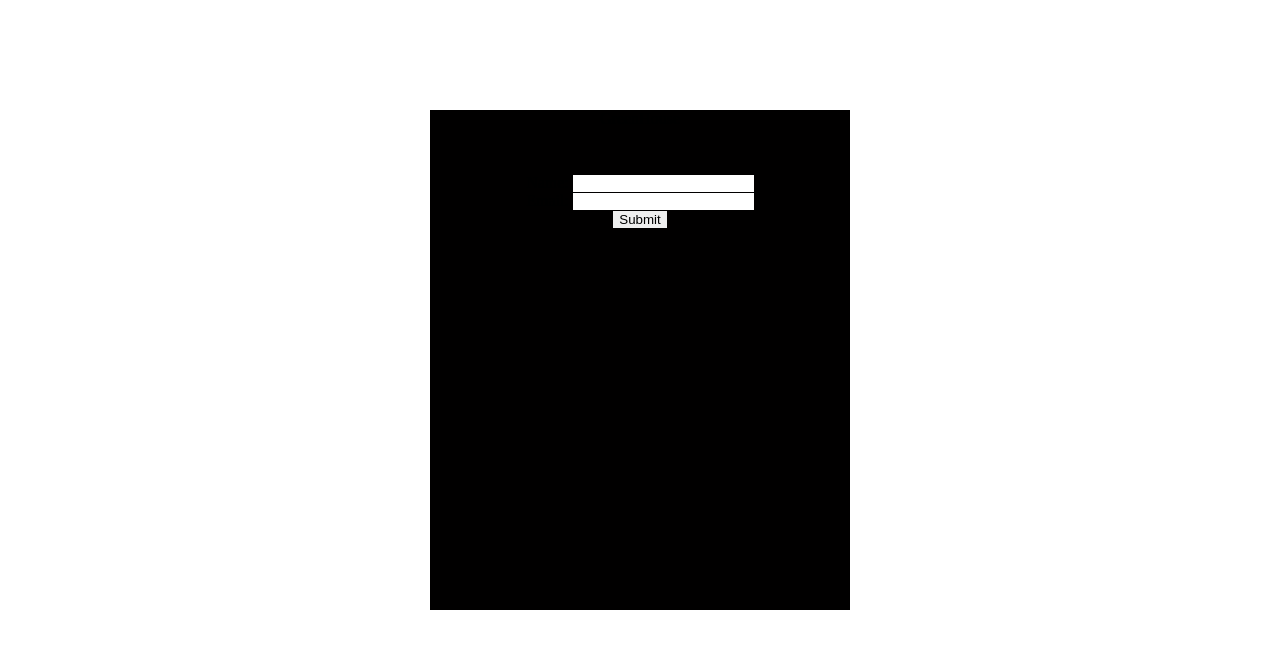
Repository: idan226688/WorkTrack
Page: index.html
The author's editor kept a copy of each file at every save. The page is drawn from the files as they stood at one save, then again after the next save.
The browser window is 1280 px wide. The pictures show the whole page.

Above is the page before, as saved 2023-08-31 11:29:36.

After the next save:
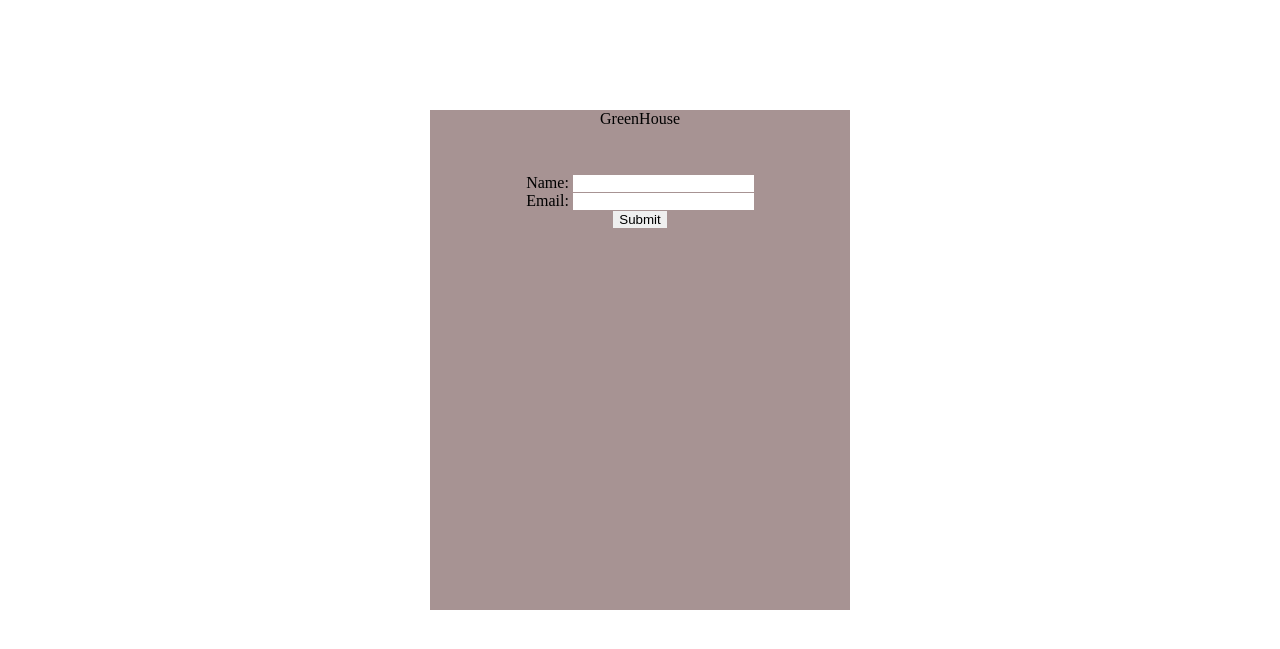
Saved 6 s later.
--- a/GreenHouse.css
+++ b/GreenHouse.css
@@ -11,7 +11,7 @@
 }
 #login-container{
     display: flex;
-    background-color: rgb(1, 0, 0);
+    background-color: rgb(167, 147, 147);
     flex-direction: column;
     align-items: center;
     height: 500px;
